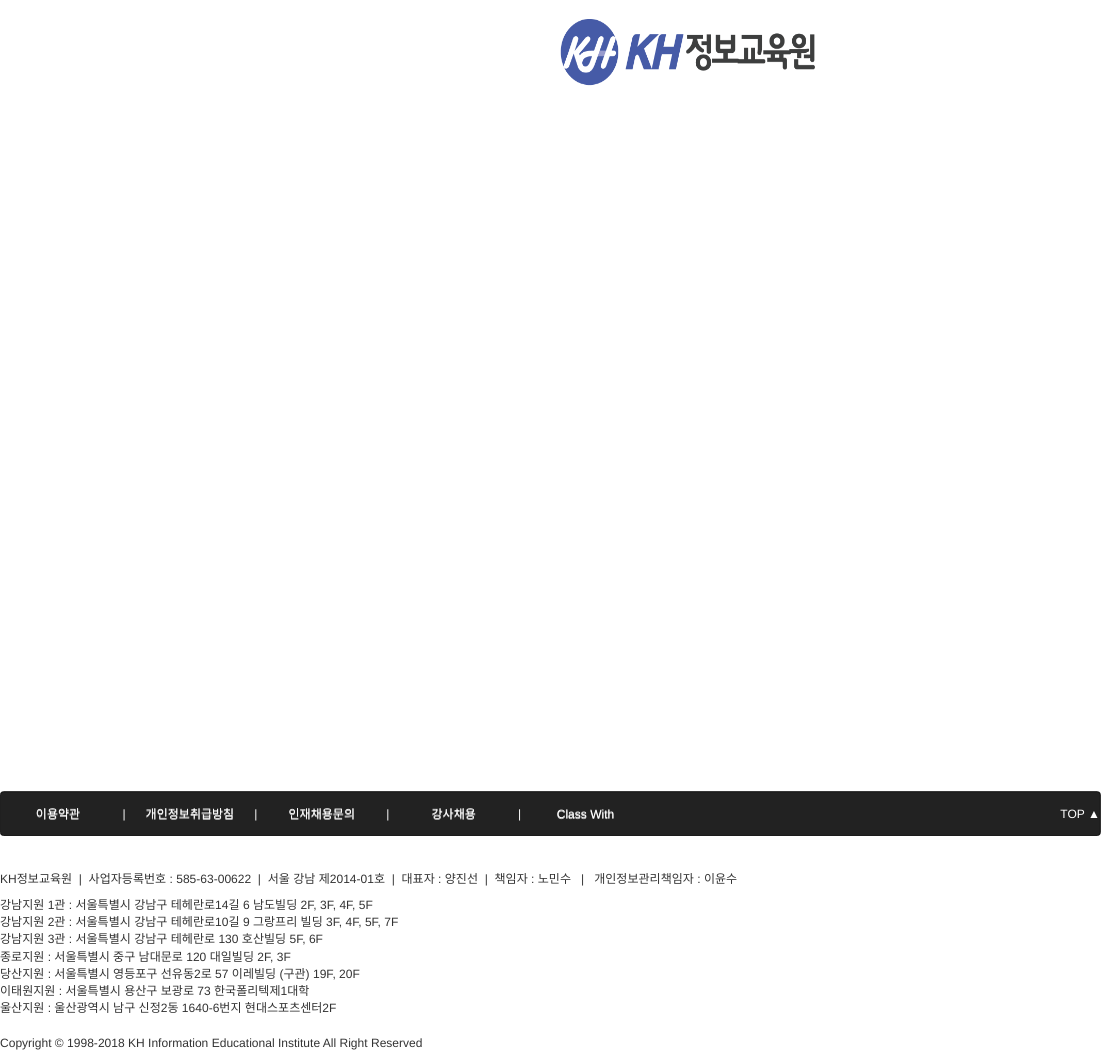
Repository: NohMinSoo/khSpring
Page: http://localhost/1_Spring_Web/WEB-INF/views/member/joinPage.jsp
An editor plug-in stored every save of this project. The page is shown before and after the next save, followed by the edit.
The browser window is 1280 px wide. The page is 1300 px wide, so the pictures cover 1300 px, including what lies to the right of the window. The pictures show the whole page, at 86% of full size.
Some web libraries are served in a nearby version. The page is served by Tomcat 9. Nobody is signed in. Other server files are loaded and not shown. The template is opened directly, without the code that normally fills it, so the values that code supplies are empty.

Above is the page before, as saved 2018-11-20 05:16:08.
Console error (its wording comes from the project's code and is left out).

### 1_Spring_Web/src/main/webapp/WEB-INF/views/member/joinPage.jsp
<%@ page language="java" contentType="text/html; charset=UTF-8"
    pageEncoding="UTF-8"%>
<!DOCTYPE html PUBLIC "-//W3C//DTD HTML 4.01 Transitional//EN" "http://www.w3.org/TR/html4/loose.dtd">
<html>
<head>
<meta http-equiv="Content-Type" content="text/html; charset=UTF-8">
<link rel="shortcut icon" href="/resources/png/03_KH정보교육원_원형컬러.png">
<title>회원가입</title>
</head>
<body>

<style>
	#container{
    	margin-top : 20px;
    	margin-left : 300px;
    	width : 1000px;
    	height : 900px;

    }
    #contents-2{

    	padding-left: 250px;
    	padding-right: 150px;
    	text-align: left; width : 100%;
    	height : 10%;

    }
    #contents-3{
    	padding-left: 250px;
    	padding-right: 150px;
    	text-align: left; width : 100%;
    	height : 75%;
    }
</style>
<div id="container"  align="center">
    <div id="contents-1">
            	<a href="/index.jsp"><img height=80px width=300px src="/resources/png/01_KH정보교육원_가로컬러.png"/></a><br>
    </div>
	<br><br>

    <div id="contents-2" >

	</div>
	<div id="contents-3" >

	</div>

</div>



<div id="footer_bar">
			<jsp:include page="/resources/common/main_footer_bar.jsp"></jsp:include>
		</div>
		<br>
		<div id="footer">
			<jsp:include page="/resources/common/main_footer.jsp"></jsp:include>
		</div>
</body>
</html>

### 1_Spring_Web/src/main/webapp/resources/common/main_footer_bar.jsp
<%@ page language="java" contentType="text/html; charset=UTF-8"
    pageEncoding="UTF-8"%>
<!DOCTYPE html PUBLIC "-//W3C//DTD HTML 4.01 Transitional//EN" "http://www.w3.org/TR/html4/loose.dtd">
<html>
<head>
<meta http-equiv="Content-Type" content="text/html; charset=UTF-8">
<title>Insert title here</title>
</head>
<body>
<style>
	#footer_bar1{
		hieght : 100%;
		float : left;
		width : 80%;

	}
	#footer_bar2{
		float : left;
		width : 20%;
	}
	#bar {
		margin : 0;
		padding : 0;
		height : 100%;
	}
	#bar li{
		box-sizing : border-box;
		float : left;   /* 각 요소들을 왼쪽부터 배치 */
		list-style-type: none;  /* li 속성에 있는 점 없애기*/
		text-align: center;  /* 글자 가운데로 정렬 */
		width:13%;
		height : 100%;
	}
	#bar li a{
		 text-decoration: none; /* 밑 줄 삭제 */
		 line-height : 50px;
		 color : white;
		 text-shadow: 0px 1px 0px #cccccc;  /* 글자 새도우 효과 (밝은 회색) */
	}
	#bar li a:hover{

		 color : yellow;
		 text-shadow: 0px 1px 0px yellow;  /* 글자 새도우 효과 (밝은 회색) */
	}

	#bar span{
		box-sizing : border-box;
		float : left;   /* 각 요소들을 왼쪽부터 배치 */
		list-style-type: none;  /* li 속성에 있는 점 없애기*/
		text-align: center;  /* 글자 가운데로 정렬 */
		width:2%;
		height : 100%;
		line-height : 50px;

	}
	#footer_bar2 a{
		color:white;
		line-height : 50px;
		float:right;
		text-decoration: none; /* 밑 줄 삭제 */

	}

	#footer_bar2 a:hover{
		color : red;

	}


</style>

<jsp:include page="/resources/common/main_popup_terms.jsp"></jsp:include>

<div class="navbar navbar-inverse">
<div id="footer_bar1">
	<ul id="bar">

			<li><a data-toggle="modal" data-target=".bs-example-modal-lg" style="padding-left: 0;">이용약관</a>  </li> <span style="color:white;">|</span>
			<li><a href="">개인정보취급방침</a>  </li> <span style="color:white;">|</span>
			<li><a href="">인재채용문의</a>  </li> <span style="color:white;">|</span>
			<li><a href="">강사채용</a>  </li> <span style="color:white;">|</span>
			<li><a href="http://coconut510.cafe24.com/index.php">Class With</a></li>
	</ul>
</div>
<div id="footer_bar2">
		<a href="javascript:scrollTo(0, 0);">TOP ▲ </a>
</div>

</div>

</body>
</html>

### 1_Spring_Web/src/main/webapp/resources/common/main_popup_terms.jsp
<%@ page language="java" contentType="text/html; charset=UTF-8"
    pageEncoding="UTF-8"%>
<!DOCTYPE html PUBLIC "-//W3C//DTD HTML 4.01 Transitional//EN" "http://www.w3.org/TR/html4/loose.dtd">
<html>
<head>
<meta http-equiv="Content-Type" content="text/html; charset=UTF-8">
<title>Insert title here</title>
</head>
<body>

<style>
.modal  {
    /*   display: block;*/
    padding-right: 0px;
    background-color: rgba(4, 4, 4, 0.8);
    }

    .modal-dialog {
            top: 20%;
                width: 100%;
    position: absolute;
        }
        .modal-content {
                border-radius: 0px;
                border: none;
    top: 40%;
            }
            .modal-body {
                    background-color: #0f8845;
    color: white;
                }
</style>

<link href="//maxcdn.bootstrapcdn.com/bootstrap/3.3.0/css/bootstrap.min.css" rel="stylesheet" id="bootstrap-css">
<script src="//maxcdn.bootstrapcdn.com/bootstrap/3.3.0/js/bootstrap.min.js"></script>
<script src="//code.jquery.com/jquery-1.11.1.min.js"></script>
<!------ Include the above in your HEAD tag ---------->

<div class="container">
    <div class="row">
        <!-- Large modal -->


<div class="modal fade bs-example-modal-lg1" tabindex="-1" role="dialog" aria-labelledby="myLargeModalLabel">
  <div class="modal-dialog modal-lg">
    <div class="modal-content">

      <div class="modal-body">

      <H2>KH정보교육원의 이용약관은 다음과 같습니다.</H2>
      <h6>Your Laptop battery is less then 10%.Recharge the battery.</h6>
      <h6>11</h6>
      <h6>11</h6>
      <h6>11</h6>
      <h6>11</h6>
      <h6>11</h6>
      <h6>11</h6>
      <h6>11</h6>
      <h6>11</h6>
      <h6>11</h6>
      <h6>11</h6>

      </div>
    </div>
  </div>
</div>
    </div>


</div>
</body>
</html>

### 1_Spring_Web/src/main/webapp/resources/common/main_footer.jsp
<%@ page language="java" contentType="text/html; charset=UTF-8"
    pageEncoding="UTF-8"%>
<!DOCTYPE html PUBLIC "-//W3C//DTD HTML 4.01 Transitional//EN" "http://www.w3.org/TR/html4/loose.dtd">
<html>
<head>
<meta http-equiv="Content-Type" content="text/html; charset=UTF-8">
<title>Insert title here</title>
</head>
<style>
	#bottom_copy{
		height:100%;
	}
</style>
<body>
<div id="bottom_copy">
		<p class="maincopy">KH정보교육원&nbsp; | &nbsp;사업자등록번호 : 585-63-00622&nbsp; | &nbsp;서울 강남 제2014-01호&nbsp; | &nbsp;대표자 : 양진선&nbsp; | &nbsp;책임자 : 노민수 &nbsp; | &nbsp; 개인정보관리책임자 : 이윤수</p>
		<p class="subcopy" style="padding-bottom: 10px;">
		강남지원 1관 : 서울특별시 강남구 테헤란로14길 6 남도빌딩 2F, 3F, 4F, 5F<br>
		강남지원 2관 : 서울특별시 강남구 테헤란로10길 9 그랑프리 빌딩 3F, 4F, 5F, 7F<br>
		강남지원 3관 : 서울특별시 강남구 테헤란로 130 호산빌딩 5F, 6F<br>
		종로지원 : 서울특별시 중구 남대문로 120 대일빌딩 2F,  3F<br>
		당산지원 : 서울특별시 영등포구 선유동2로 57 이레빌딩 (구관) 19F, 20F <br>
		이태원지원 : 서울특별시 용산구 보광로 73 한국폴리텍제1대학 <br>
		울산지원 : 울산광역시 남구 신정2동 1640-6번지 현대스포츠센터2F<br>
		</p>
		<p class="subcopy">
			Copyright © 1998-2018 KH Information Educational Institute All Right Reserved</p>
	</div>
</body>
</html>

After the next save:
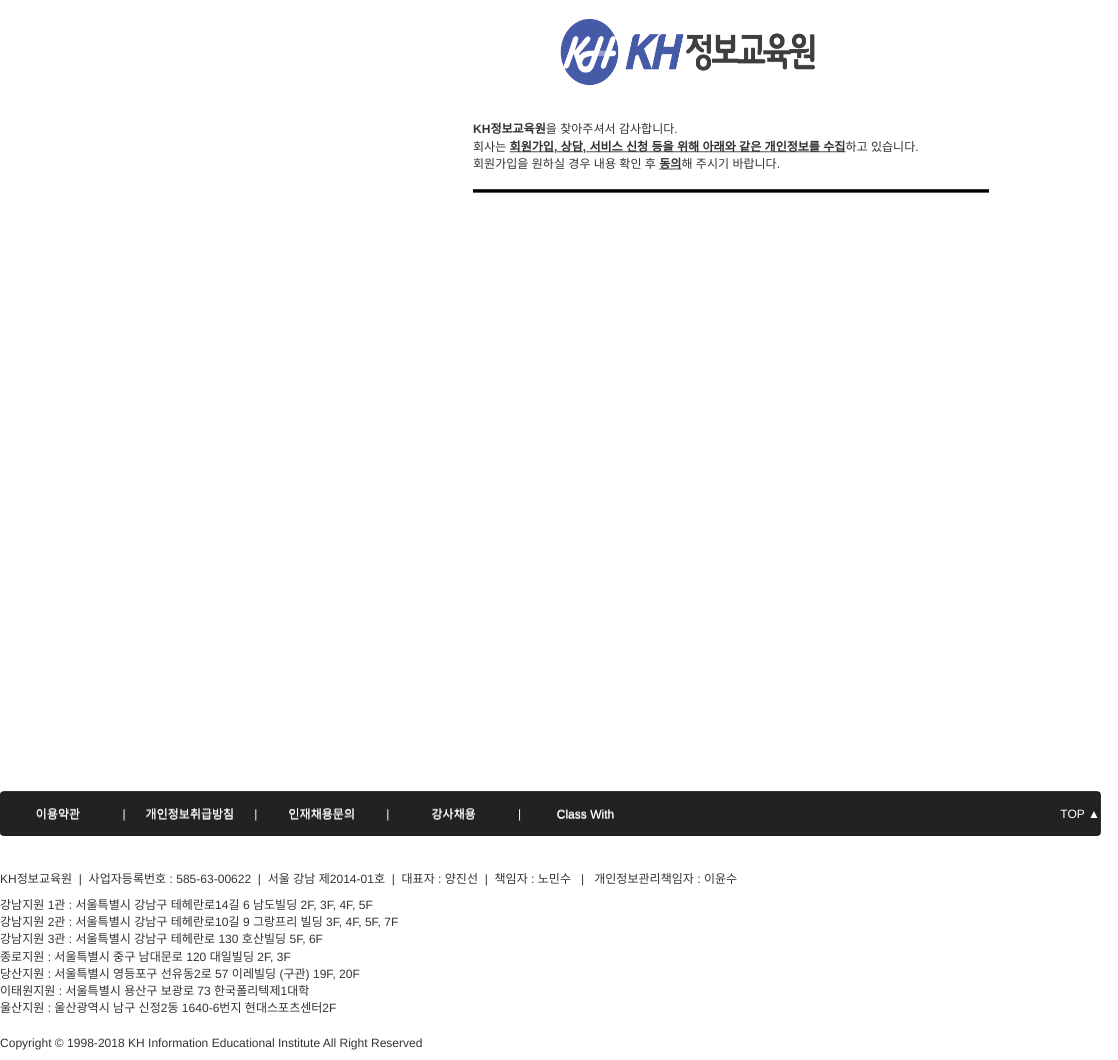
Saved 3 min 17 s later.
--- a/1_Spring_Web/src/main/webapp/WEB-INF/views/member/joinPage.jsp
+++ b/1_Spring_Web/src/main/webapp/WEB-INF/views/member/joinPage.jsp
@@ -37,9 +37,11 @@
             	<a href="/index.jsp"><img height=80px width=300px src="/resources/png/01_KH정보교육원_가로컬러.png"/></a><br>
     </div>
 	<br><br>
-
     <div id="contents-2" >
-
+			<span><b>KH정보교육원</b>을 찾아주셔서 감사합니다.</span><br>
+			<span>회사는 <b><u>회원가입, 상담, 서비스 신청 등을 위해 아래와 같은 개인정보를 수집</u></b>하고 있습니다.</span><br>
+			<span>회원가입을 원하실 경우 내용 확인 후 <b><u>동의</u></b>해 주시기 바랍니다.</span><br>
+			<hr style="border:2px solid black;">
 	</div>
 	<div id="contents-3" >
 
